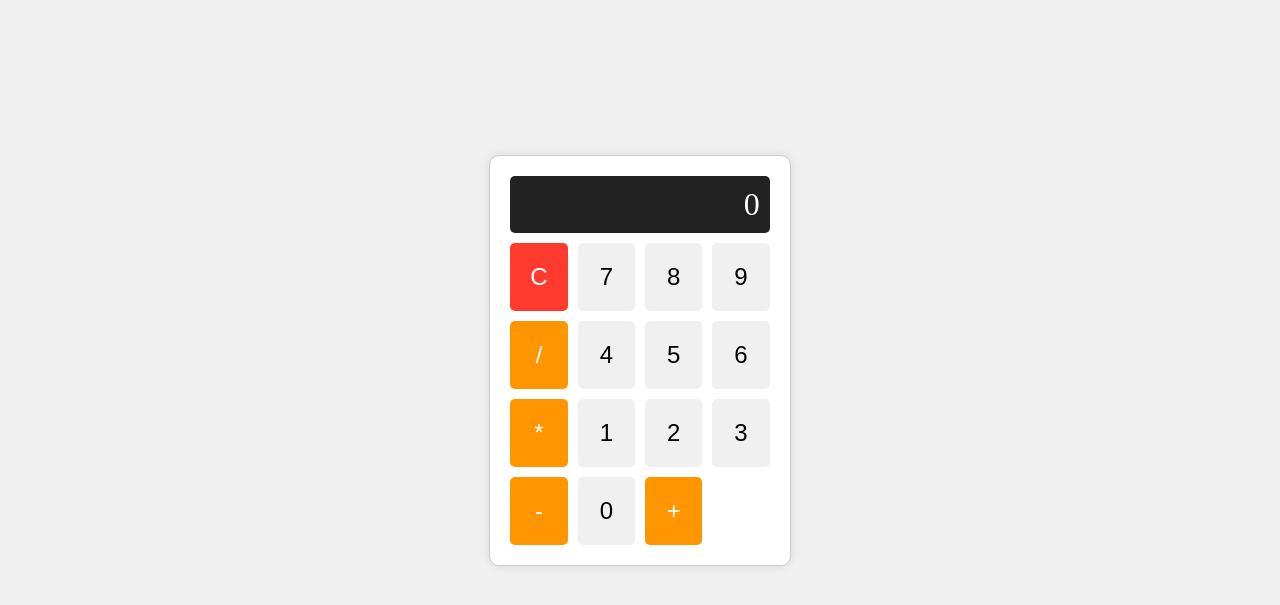
Repository: alizey12/calculator
Page: index.html
The author's editor kept a copy of each file at every save. The page is drawn from the files as they stood at one save, then again after the next save.
The browser window is 1280 px wide. The pictures show the whole page.

Above is the page before, as saved 2024-11-23 18:36:11.

### index.html
<!DOCTYPE html>
<html lang="en">
<head>
    <meta charset="UTF-8">
    <meta name="viewport" content="width=device-width, initial-scale=1.0">
    <title>Document</title>
    <link rel="stylesheet" href="styles.css">
</head>
<body>


        <div class="calculator">
            <div class="display" id="display">0</div>
            <div class="buttons">

                <!--


                <button class="btn operator" id="equals">=</button>

                <button class="btn">.</button> -->
                <button class="btn" id="clear">C</button>
                <button class="btn">7</button>
                <button class="btn">8</button>
                <button class="btn">9</button>
                <button class="btn operator">/</button>
                <button class="btn">4</button>
                <button class="btn">5</button>
                <button class="btn">6</button>
                <button class="btn operator">*</button>
                <button class="btn">1</button>
                <button class="btn">2</button>
                <button class="btn">3</button>
                <button class="btn operator">-</button>

                <button class="btn">0</button>
                <button class="btn operator">+</button>


            </div>
        </div>


    <script src="script.js"></script>
</body>
</html>

### styles.css
body {
    display: flex;
    justify-content: center;
    align-items: center;
    height: 100vh;
    background-color: #f0f0f0;
    margin: 0;
}

.calculator {
    border: 1px solid #ccc;
    border-radius: 10px;

    padding: 20px;
    background-color: #fff;
    box-shadow: 0 0 10px rgba(0, 0, 0, 0.1);
}

.display {
    font-size: 2em;
    margin-bottom: 10px;
    padding: 10px;

    background-color: #222;
    color: #fff;
    text-align: right;
    border-radius: 5px;
}
#display{
    height: 80%;
}
.buttons {
    display: grid;
    grid-template-columns: repeat(4, 1fr);
    gap: 10px;
}

.btn {
    padding: 20px;
    font-size: 1.5em;
    border: none;
    border-radius: 5px;
    background-color: #f0f0f0;
    cursor: pointer;
}

.btn.operator {
    background-color: #ff9500;
    color: #fff;
}

.btn#clear {
    background-color: #ff3b30;
    color: #fff;
}

.btn#equals {
    grid-column: span 2;
    background-color: #34c759;
    color: #fff;
}

Loaded but not shown: script.js (no copy from this time; the picture is the same without it)

After the next save:
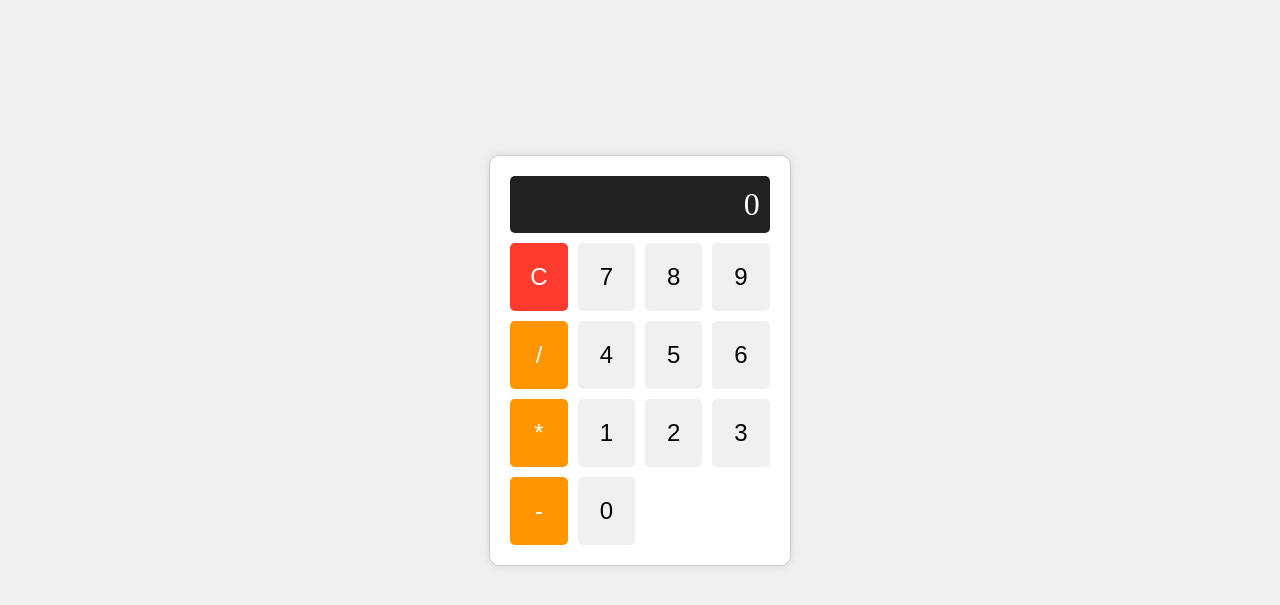
Saved 12 s later.
--- a/index.html
+++ b/index.html
@@ -34,7 +34,7 @@
                 <button class="btn operator">-</button>
 
                 <button class="btn">0</button>
-                <button class="btn operator">+</button>
+
 
 
             </div>
